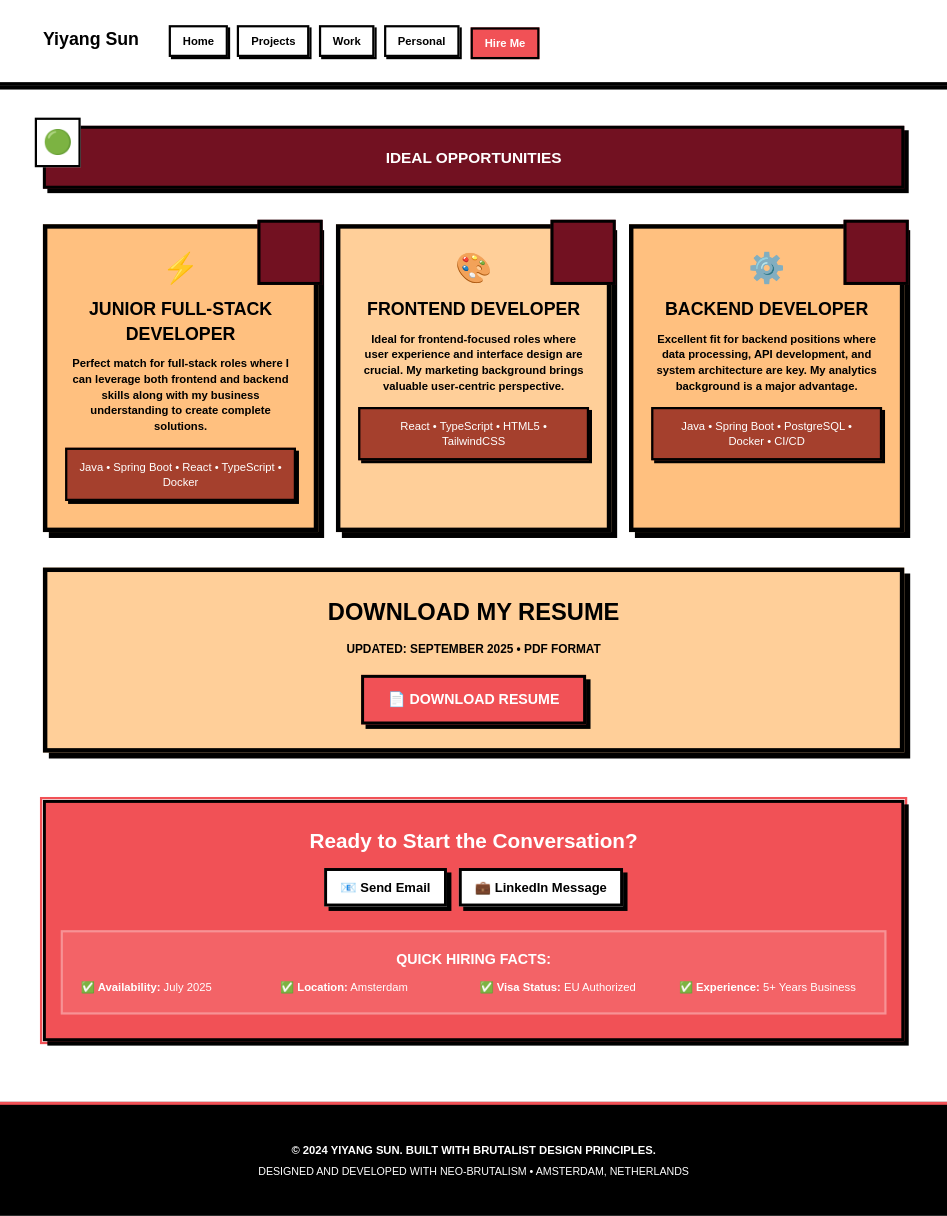
Repository: miloyiyangsun/yiyangsun.github.io
Page: .superdesign/design_iterations/yiyang_hireme_v2.html
These files come from the project's save history. The page is drawn as it stood at one moment and after the next save; the edit follows.
The browser window is 1280 px wide. The pictures show the whole page, at 74% of full size.

Above is the page before, as saved 2025-09-03 17:27:14.

### .superdesign/design_iterations/yiyang_hireme_v2.html
<!DOCTYPE html>
<html lang="en">
<head>
    <meta charset="UTF-8">
    <meta name="viewport" content="width=device-width, initial-scale=1.0">
    <title>Hire Me - Yiyang Sun [Neo-Brutalist Portfolio]</title>
    <meta name="description" content="Hire Yiyang Sun - Computer Science Student (2025 Graduate) with 5+ years business experience seeking Junior Full-Stack, Frontend, or Backend opportunities in Amsterdam. Neo-brutalist design.">

    <!-- Neo-Brutalist Theme -->
    <link rel="stylesheet" href="brutalist_theme_v2.css">

    <style>
        /* Hire Me specific brutal styles */
        body {
            padding-top: 120px;
            background: #FFFFFF;
        }

        .main-container {
            max-width: 1200px;
            margin: 0 auto;
            padding: 18px;
        }

        /* Hero CTA - Brutal */
        .hire-hero {
            background: #F15156;
            color: #FFFFFF;
            border: 8px solid #000000;
            padding: 48px 24px;
            text-align: center;
            box-shadow: 12px 12px 0 #000000;
            position: relative;
            margin: 24px 0;
        }

        .hire-hero::before {
            content: '💼';
            position: absolute;
            top: -30px;
            left: -30px;
            font-size: 4rem;
            background: #FFFFFF;
            border: 6px solid #000000;
            padding: 16px;
            width: 100px;
            height: 100px;
            display: flex;
            align-items: center;
            justify-content: center;
        }

        .hire-title {
            font-size: 2.5rem;
            font-weight: 900;
            text-transform: uppercase;
            margin: 0 0 18px 0;
            line-height: 0.9;
        }

        .hire-subtitle {
            font-size: 1.2rem;
            font-weight: 700;
            text-transform: uppercase;
            margin-bottom: 24px;
            opacity: 0.95;
        }

        /* Opportunity Cards - Brutal */
        .opportunity-grid {
            display: grid;
            grid-template-columns: repeat(auto-fit, minmax(300px, 1fr));
            gap: 24px;
            margin: 48px 0;
        }

        .opportunity-card {
            background: #FFFFFF;
            border: 6px solid #000000;
            padding: 24px;
            box-shadow: 8px 8px 0 #000000;
            position: relative;
            text-align: center;
        }

        .opportunity-card:hover {
            transform: translate(-4px, -4px);
            box-shadow: 16px 16px 0 #000000;
        }

        .opportunity-card:nth-child(1) {
            background: #FFC07F;
        }

        .opportunity-card:nth-child(2) {
            background: #FFCF99;
        }

        .opportunity-card:nth-child(3) {
            background: #FFC07F;
        }

        .opportunity-card::before {
            content: '';
            position: absolute;
            top: -12px;
            right: -12px;
            width: 80px;
            height: 80px;
            background: #721121;
            border: 4px solid #000000;
        }

        .opportunity-icon {
            font-size: 2.5rem;
            display: block;
            margin-bottom: 12px;
        }

        .opportunity-title {
            font-size: 1.5rem;
            font-weight: 900;
            text-transform: uppercase;
            color: #000000;
            margin-bottom: 12px;
        }

        .opportunity-description {
            font-size: 0.95rem;
            line-height: 1.4;
            font-weight: 600;
            margin-bottom: 18px;
        }

        /* Skills Match - Brutal */
        .skills-match {
            background: #A5402D;
            color: #FFFFFF;
            padding: 12px 16px;
            border: 3px solid #000000;
            margin: 12px 0;
            box-shadow: 4px 4px 0 #000000;
        }

        /* Contact Cards - Brutal */
        .contact-grid {
            display: grid;
            grid-template-columns: repeat(auto-fit, minmax(280px, 1fr));
            gap: 24px;
            margin: 48px 0;
        }

        .contact-card {
            background: #FFFFFF;
            border: 6px solid #000000;
            padding: 24px;
            text-align: center;
            box-shadow: 6px 6px 0 #000000;
            position: relative;
        }

        .contact-card:hover {
            background: #FFCF99;
            transform: translate(-3px, -3px);
            box-shadow: 11px 11px 0 #000000;
        }

        .contact-card:nth-child(even) {
            background: #FFC07F;
        }

        .contact-card:nth-child(even):hover {
            background: #F15156;
            color: #FFFFFF;
        }

        .contact-icon {
            width: 64px;
            height: 64px;
            background: #F15156;
            border: 4px solid #000000;
            border-radius: 0;
            margin: 0 auto 18px auto;
            display: flex;
            align-items: center;
            justify-content: center;
            font-size: 1.6rem;
            color: #FFFFFF;
            box-shadow: 4px 4px 0 #000000;
        }

        .contact-title {
            font-size: 1.2rem;
            font-weight: 900;
            text-transform: uppercase;
            margin-bottom: 10px;
            color: #000000;
        }

        .contact-info {
            font-size: 1.1rem;
            font-weight: 700;
            margin-bottom: 8px;
        }

        .contact-description {
            font-size: 0.9rem;
            font-weight: 600;
            text-transform: uppercase;
            color: #666666;
        }

        /* Value Proposition - Brutal */
        .value-proposition {
            background: #721121;
            color: #FFFFFF;
            padding: 48px;
            border: 8px solid #000000;
            box-shadow: 12px 12px 0 #000000;
            margin: 64px 0;
        }

        .value-title {
            font-size: 2.5rem;
            font-weight: 900;
            text-transform: uppercase;
            text-align: center;
            margin-bottom: 32px;
        }

        .value-grid {
            display: grid;
            grid-template-columns: repeat(auto-fit, minmax(250px, 1fr));
            gap: 24px;
        }

        .value-item {
            padding: 24px;
            background: rgba(255, 255, 255, 0.1);
            border: 2px solid rgba(255, 255, 255, 0.3);
            text-align: center;
        }

        .value-item-title {
            font-size: 1.2rem;
            font-weight: 900;
            text-transform: uppercase;
            margin-bottom: 12px;
        }

        .value-item-description {
            font-size: 1rem;
            font-weight: 500;
            line-height: 1.4;
        }

        /* Resume Download - Brutal */
        .resume-section {
            background: #FFCF99;
            border: 6px solid #000000;
            padding: 32px;
            text-align: center;
            box-shadow: 8px 8px 0 #000000;
            margin: 32px 0;
        }

        .resume-title {
            font-size: 2rem;
            font-weight: 900;
            text-transform: uppercase;
            margin-bottom: 16px;
        }

        .resume-info {
            font-size: 1rem;
            font-weight: 600;
            margin-bottom: 24px;
            text-transform: uppercase;
        }

        .download-button {
            display: inline-block;
            background: #F15156;
            color: #FFFFFF;
            padding: 16px 32px;
            border: 4px solid #000000;
            text-decoration: none;
            font-weight: 900;
            font-size: 1.2rem;
            text-transform: uppercase;
            box-shadow: 6px 6px 0 #000000;
        }

        .download-button:hover {
            background: #721121;
            transform: translate(-2px, -2px);
            box-shadow: 8px 8px 0 #000000;
        }

        /* Availability Status - Brutal */
        .availability {
            background: #721121;
            color: #FFFFFF;
            padding: 24px;
            border: 4px solid #000000;
            text-align: center;
            margin: 32px 0;
            box-shadow: 6px 6px 0 #000000;
            position: relative;
        }

        .availability::before {
            content: '🟢';
            position: absolute;
            top: -15px;
            left: -15px;
            font-size: 2rem;
            background: #FFFFFF;
            border: 3px solid #000000;
            padding: 8px;
            border-radius: 0;
        }

        .availability-text {
            font-size: 1.3rem;
            font-weight: 900;
            text-transform: uppercase;
        }

        /* Mobile responsive */
        @media (max-width: 768px) {
            .hire-title {
                font-size: 2.5rem;
            }

            .hire-hero {
                padding: 40px 20px;
            }

            .opportunity-grid,
            .contact-grid {
                grid-template-columns: 1fr;
            }

            .value-proposition {
                padding: 32px 20px;
            }

            .value-title {
                font-size: 2rem;
            }
        }
    </style>
</head>

<body>
    <!-- Brutalist Navigation -->
    <nav class="brutalist-nav">
        <div class="main-container">
            <strong style="font-size: 1.5rem; margin-right: 32px;">Yiyang Sun</strong>
            <a href="yiyang_home_v2.html" class="brutalist-nav-item">Home</a>
            <a href="yiyang_projects_v2.html" class="brutalist-nav-item">Projects</a>
            <a href="yiyang_work_v2.html" class="brutalist-nav-item">Work</a>
            <a href="yiyang_personal_v2.html" class="brutalist-nav-item">Personal</a>
            <a href="yiyang_hireme_v2.html" class="brutalist-nav-item active">Hire Me</a>
        </div>
    </nav>

    <!-- Main Content -->
    <main class="main-container">
        <!-- Hero CTA -->
        <!-- <section class="hire-hero">
            <div class="hire-title">Hire Me Now!</div>
            <div class="hire-subtitle">CS Student (2025 Graduate) with 5+ Years Business Background</div>
            <p style="font-size: 1.2rem; font-weight: 600; max-width: 600px; margin: 0 auto 32px auto;">
                Computer Science student graduating July 2025 seeking Junior Full-Stack, Frontend, or Backend opportunities.
                5+ years international business experience + technical skills.
            </p>
            <a href="mailto:miloyysun@outlook.com?subject=Job Opportunity&body=Hi Yiyang, I'm interested in discussing a software development opportunity with you."
               class="brutalist-button" style="background: #FFFFFF; color: #000000; font-size: 1.2rem; padding: 16px 32px;">
Email Me Today
            </a>
        </section> -->

        <!-- Availability Status -->
        <!-- <section class="availability">
            <div class="availability-text">Available from July 2025 • CS Graduate • Amsterdam Based • EU Work Authorization</div>
        </section> -->
        <section class="availability">
            <div class="availability-text">Ideal Opportunities</div>
        </section>
        <!-- Opportunity Types -->
        <section>
            <!-- <h2 class="title-large brutalist-text-center" style="margin: 64px 0 32px 0;">Ideal Opportunities</h2> -->

            <div class="opportunity-grid">
                <div class="opportunity-card">
                    <span class="opportunity-icon">⚡</span>
                    <div class="opportunity-title">Junior Full-Stack Developer</div>
                    <div class="opportunity-description">
                        Perfect match for full-stack roles where I can leverage both frontend and backend skills
                        along with my business understanding to create complete solutions.
                    </div>
                    <div class="skills-match">
                        Java • Spring Boot • React • TypeScript • Docker
                    </div>
                </div>

                <div class="opportunity-card">
                    <span class="opportunity-icon">🎨</span>
                    <div class="opportunity-title">Frontend Developer</div>
                    <div class="opportunity-description">
                        Ideal for frontend-focused roles where user experience and interface design are crucial.
                        My marketing background brings valuable user-centric perspective.
                    </div>
                    <div class="skills-match">
                        React • TypeScript • HTML5 • TailwindCSS
                    </div>
                </div>

                <div class="opportunity-card">
                    <span class="opportunity-icon">⚙️</span>
                    <div class="opportunity-title">Backend Developer</div>
                    <div class="opportunity-description">
                        Excellent fit for backend positions where data processing, API development, and system architecture
                        are key. My analytics background is a major advantage.
                    </div>
                    <div class="skills-match">
                        Java • Spring Boot • PostgreSQL • Docker • CI/CD
                    </div>
                </div>
            </div>
        </section>

        <!-- Value Proposition -->
        <!-- <section class="value-proposition">
            <div class="value-title">Why Hire Me?</div>
            <div class="value-grid">
                <div class="value-item">
                    <div class="value-item-title">Unique Business Background</div>
                    <div class="value-item-description">
                        5+ years of international business experience brings valuable perspective to software development projects
                    </div>
                </div>
                <div class="value-item">
                    <div class="value-item-title">Proven Problem Solver</div>
                    <div class="value-item-description">
                        Demonstrated ability to analyze complex problems and implement effective technical solutions
                    </div>
                </div>
                <div class="value-item">
                    <div class="value-item-title">International Experience</div>
                    <div class="value-item-description">
                        Worked across Singapore, China, and Netherlands - excellent for global teams and cross-cultural projects
                    </div>
                </div>
                <div class="value-item">
                    <div class="value-item-title">Career Transition Success</div>
                    <div class="value-item-description">
                        Successfully transitioned from 5+ years business career to Computer Science, graduating July 2025
                    </div>
                </div>
            </div>
        </section> -->

        <!-- Resume Download -->
        <section class="resume-section">
            <div class="resume-title">Download My Resume</div>
            <div class="resume-info">Updated: September 2025 • PDF Format</div>
            <a href="#" class="download-button">📄 Download Resume</a>
        </section>

        <!-- Contact Information -->
        <!-- <section>
            <h2 class="title-large brutalist-text-center" style="margin: 64px 0 32px 0;">Let's Connect</h2>

            <div class="contact-grid">
                <div class="contact-card">
                    <div class="contact-icon">📧</div>
                    <div class="contact-title">Email Me</div>
                    <div class="contact-info">miloyysun@outlook.com</div>
                    <div class="contact-description">Primary Communication Method</div>
                </div>

                <div class="contact-card">
                    <div class="contact-icon">💼</div>
                    <div class="contact-title">LinkedIn</div>
                    <div class="contact-info">yiyangsunmilo</div>
                    <div class="contact-description">Professional Networking</div>
                </div>

                <div class="contact-card">
                    <div class="contact-icon">📍</div>
                    <div class="contact-title">Location</div>
                    <div class="contact-info">Amsterdam, Netherlands</div>
                    <div class="contact-description">Available for Local Opportunities</div>
                </div>
            </div>
        </section> -->

        <!-- Final CTA -->
        <section class="brutalist-hero brutalist-bg-red" style="margin: 64px 0;">
            <div class="brutalist-text-center">
                <h2 class="title-large" style="color: #FFFFFF; margin-bottom: 16px;">Ready to Start the Conversation?</h2>
                <!-- <p style="font-size: 1.3rem; font-weight: 700; color: #FFFFFF; margin-bottom: 32px; max-width: 700px; margin-left: auto; margin-right: auto;">
                    Whether you have a specific role in mind or just want to explore possibilities,
                    I'm excited to discuss how my unique background can contribute to your team's success.
                </p> -->
                <div style="display: flex; justify-content: center; gap: 16px; flex-wrap: wrap;">
                    <a href="mailto:miloyysun@outlook.com?subject=Software Development Opportunity&body=Hi Yiyang, I'm interested in discussing potential opportunities with you."
                       class="brutalist-button" style="background: #FFFFFF; color: #000000; font-size: 1.1rem;">
                        📧 Send Email
                    </a>
                    <a href="https://linkedin.com/in/yiyangsunmilo"
                       class="brutalist-button" style="background: #FFFFFF; color: #000000; font-size: 1.1rem;" target="_blank">
                        💼 LinkedIn Message
                    </a>
                    <!-- <a href="tel:+31626707606"
                       class="brutalist-button" style="background: #FFFFFF; color: #000000; font-size: 1.1rem;">
                        📞 Call: +31 626707606
                    </a> -->
                </div>

                <div style="margin-top: 32px; padding: 24px; background: rgba(255,255,255,0.1); border: 3px solid rgba(255,255,255,0.3);">
                    <h3 style="font-size: 1.2rem; font-weight: 900; text-transform: uppercase; margin-bottom: 12px;">Quick Hiring Facts:</h3>
                    <div style="display: grid; grid-template-columns: repeat(auto-fit, minmax(150px, 1fr)); gap: 16px; text-align: left;">
                        <div>✅ <strong>Availability:</strong> July 2025</div>
                        <div>✅ <strong>Location:</strong> Amsterdam</div>
                        <div>✅ <strong>Visa Status:</strong> EU Authorized</div>
                        <div>✅ <strong>Experience:</strong> 5+ Years Business</div>
                    </div>
                </div>
            </div>
        </section>
    </main>

    <!-- Footer -->
    <footer style="background: #000000; color: #FFFFFF; padding: 32px; text-align: center; border-top: 4px solid #F15156;">
        <div class="main-container">
            <p style="font-weight: 700; text-transform: uppercase; margin-bottom: 8px;">
                &copy; 2024 Yiyang Sun. Built with brutalist design principles.
            </p>
            <p style="font-size: 0.9rem; text-transform: uppercase;">
                Designed and developed with neo-brutalism • Amsterdam, Netherlands
            </p>
        </div>
    </footer>

    <script>
        // Minimal JavaScript for hire me page
        console.log('💼 HIRE ME PAGE - NEO-BRUTALIST DESIGN LOADED');
        console.log('🚀 READY TO HIRE YIYANG SUN!');

        // Enhanced button press effects for CTA buttons
        document.querySelectorAll('.brutalist-button, .download-button, .contact-card').forEach(element => {
            element.addEventListener('mousedown', function() {
                this.style.transform = 'translate(3px, 3px)';
                this.style.boxShadow = 'none';
            });

            element.addEventListener('mouseup', function() {
                this.style.transform = '';
                this.style.boxShadow = '';
            });

            element.addEventListener('mouseleave', function() {
                this.style.transform = '';
                this.style.boxShadow = '';
            });
        });

        // Log hiring intent tracking
        document.querySelectorAll('a[href^="mailto:"]').forEach(emailLink => {
            emailLink.addEventListener('click', function() {
                console.log('📧 EMAIL CLICK - POTENTIAL HIRE INTEREST!');
            });
        });
    </script>
</body>
</html>

Loaded but not shown: .superdesign/design_iterations/brutalist_theme_v2.css (336 lines, source omitted)

After the next save:
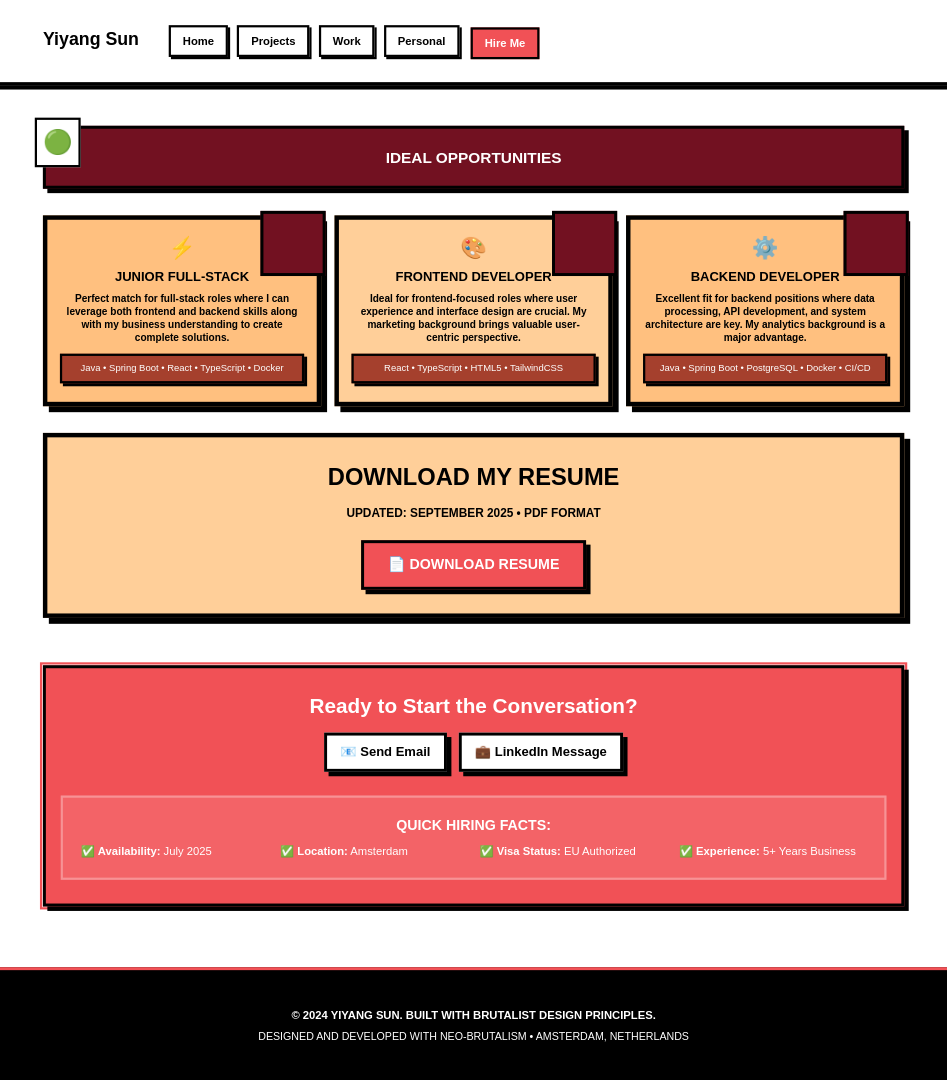
Saved 3 min 46 s later.
--- a/.superdesign/design_iterations/yiyang_hireme_v2.html
+++ b/.superdesign/design_iterations/yiyang_hireme_v2.html
@@ -69,15 +69,15 @@
         /* Opportunity Cards - Brutal */
         .opportunity-grid {
             display: grid;
-            grid-template-columns: repeat(auto-fit, minmax(300px, 1fr));
-            gap: 24px;
-            margin: 48px 0;
+            grid-template-columns: repeat(auto-fit, minmax(280px, 1fr));
+            gap: 18px;
+            margin: 36px 0;
         }
 
         .opportunity-card {
             background: #FFFFFF;
             border: 6px solid #000000;
-            padding: 24px;
+            padding: 17px;
             box-shadow: 8px 8px 0 #000000;
             position: relative;
             text-align: center;
@@ -112,34 +112,35 @@
         }
 
         .opportunity-icon {
-            font-size: 2.5rem;
+            font-size: 1.8rem;
             display: block;
+            margin-bottom: 8px;
+        }
+
+        .opportunity-title {
+            font-size: 1.1rem;
+            font-weight: 900;
+            text-transform: uppercase;
+            color: #000000;
+            margin-bottom: 8px;
+        }
+
+        .opportunity-description {
+            font-size: 0.85rem;
+            line-height: 1.3;
+            font-weight: 600;
             margin-bottom: 12px;
-        }
-
-        .opportunity-title {
-            font-size: 1.5rem;
-            font-weight: 900;
-            text-transform: uppercase;
-            color: #000000;
-            margin-bottom: 12px;
-        }
-
-        .opportunity-description {
-            font-size: 0.95rem;
-            line-height: 1.4;
-            font-weight: 600;
-            margin-bottom: 18px;
         }
 
         /* Skills Match - Brutal */
         .skills-match {
             background: #A5402D;
             color: #FFFFFF;
-            padding: 12px 16px;
+            padding: 8px 12px;
             border: 3px solid #000000;
-            margin: 12px 0;
+            margin: 8px 0;
             box-shadow: 4px 4px 0 #000000;
+            font-size: 0.8rem;
         }
 
         /* Contact Cards - Brutal */
@@ -340,6 +341,11 @@
             .opportunity-grid,
             .contact-grid {
                 grid-template-columns: 1fr;
+                gap: 16px;
+            }
+
+            .opportunity-card {
+                padding: 14px;
             }
 
             .value-proposition {
@@ -396,7 +402,7 @@ Email Me Today
             <div class="opportunity-grid">
                 <div class="opportunity-card">
                     <span class="opportunity-icon">⚡</span>
-                    <div class="opportunity-title">Junior Full-Stack Developer</div>
+                    <div class="opportunity-title">Junior Full-Stack</div>
                     <div class="opportunity-description">
                         Perfect match for full-stack roles where I can leverage both frontend and backend skills
                         along with my business understanding to create complete solutions.
